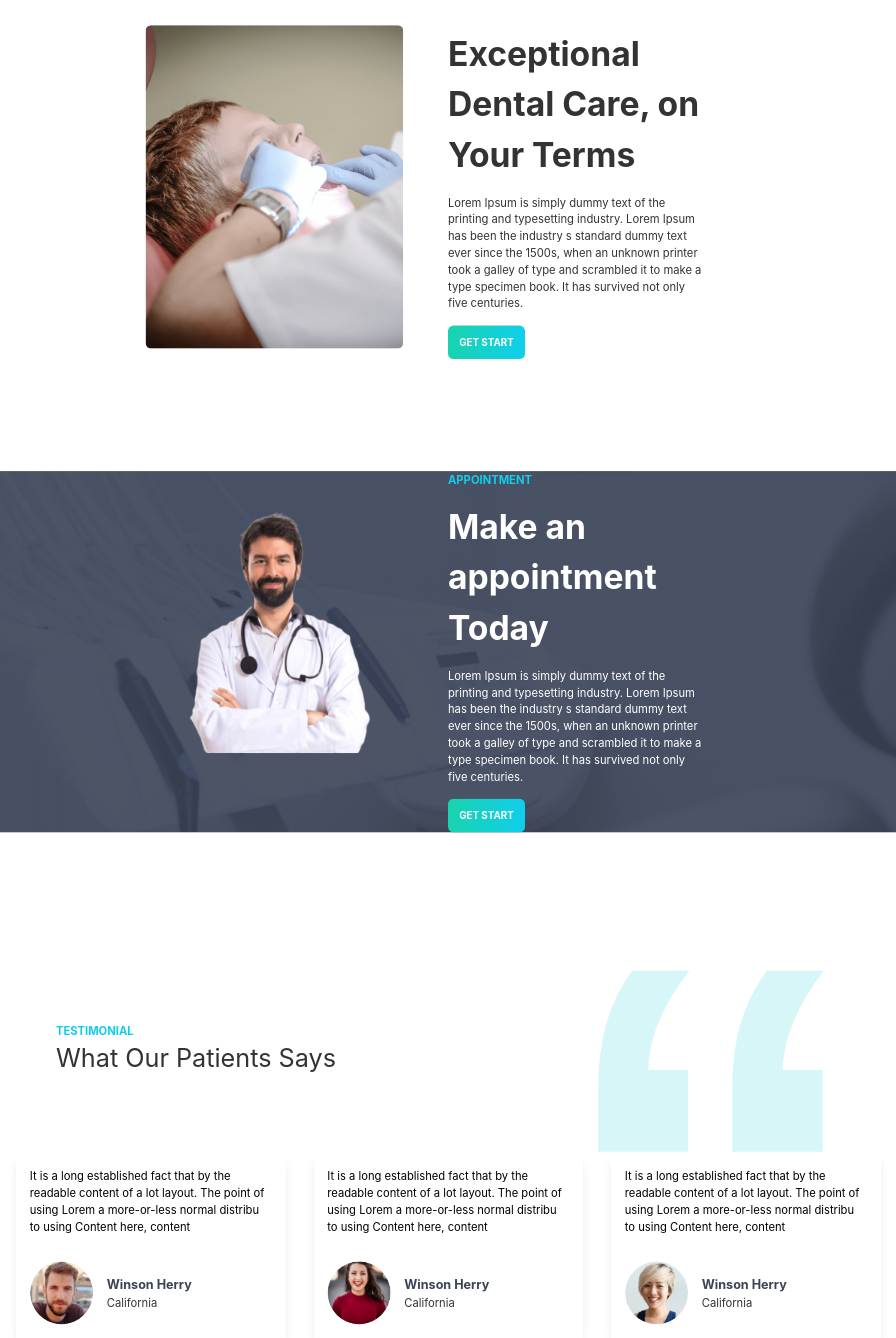
Repository: shikubro90/doctorsportal
Page: /
These files come from the project's save history. The page is drawn as it stood at one moment and after the next save; the edit follows.
The browser window is 1280 px wide. The pictures show the part of the page from y = 1770 to 3690 px (the page is 3682 px tall before and 3690 px after), at 70% of full size.
The project was rebuilt for these pictures with package versions that can differ from the ones it lists, and the page was loaded fresh each time. Also part of the build but not shown: src/App.css, src/Pages/About/About.jsx.

Above is the page before, as saved 2022-10-02 10:20:16.

After the next save:
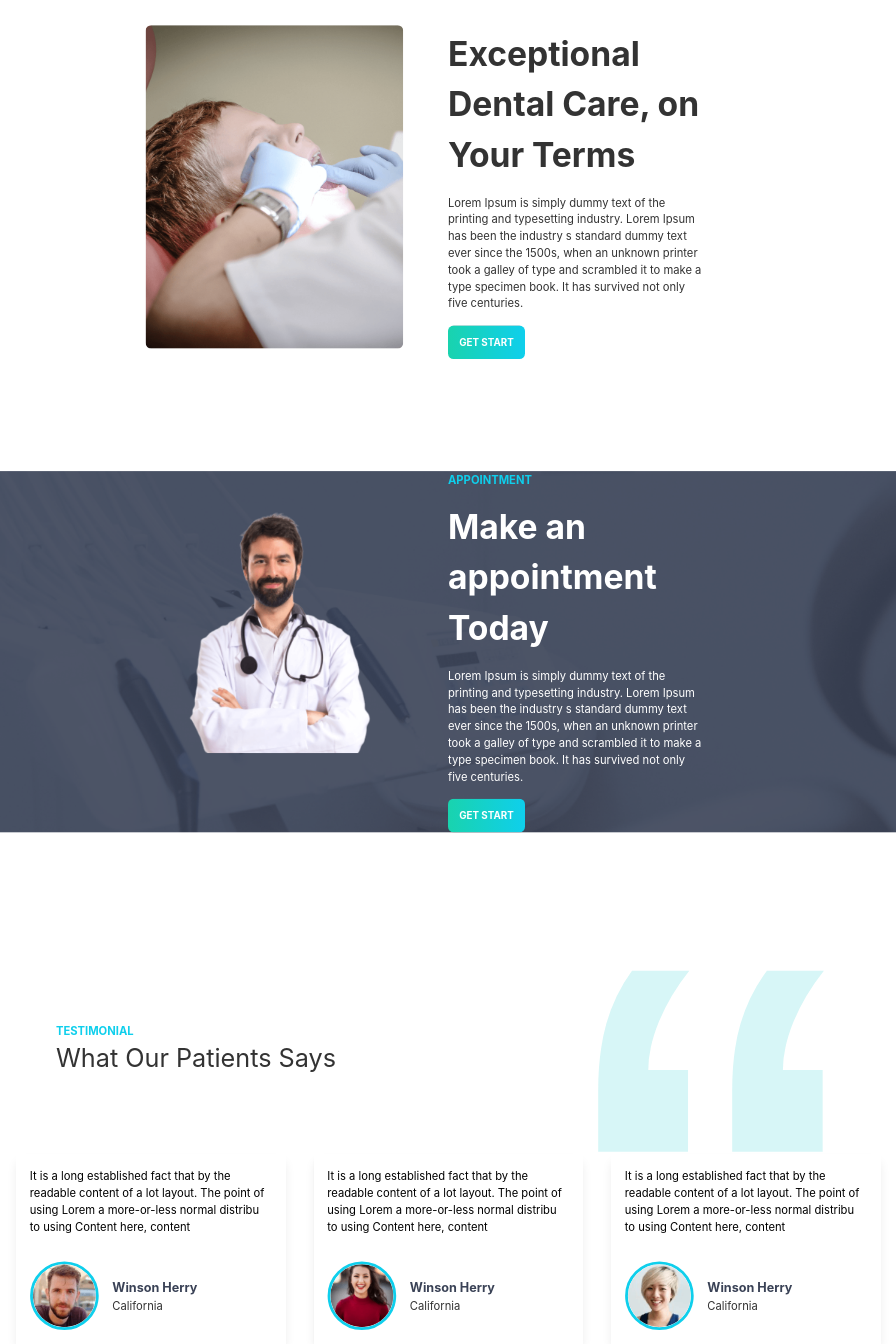
Saved 4 s later.
--- a/src/Pages/Home/TestimonialCard.jsx
+++ b/src/Pages/Home/TestimonialCard.jsx
@@ -9,7 +9,7 @@ const TestimonialCard = (props) => {
                 <p className='text-black'>{desc}</p>
             </div>
             <div className="bio flex items-center gap-5">
-                <img className='rounded-full border-5 border-primary' src={image} alt="" />
+                <img className='rounded-full border-4 border-primary' src={image} alt="" />
                 <div className="info">
                     <h4 className='font-bold text-accent text-lg'>{name}</h4>
                     <p>{country}</p>
